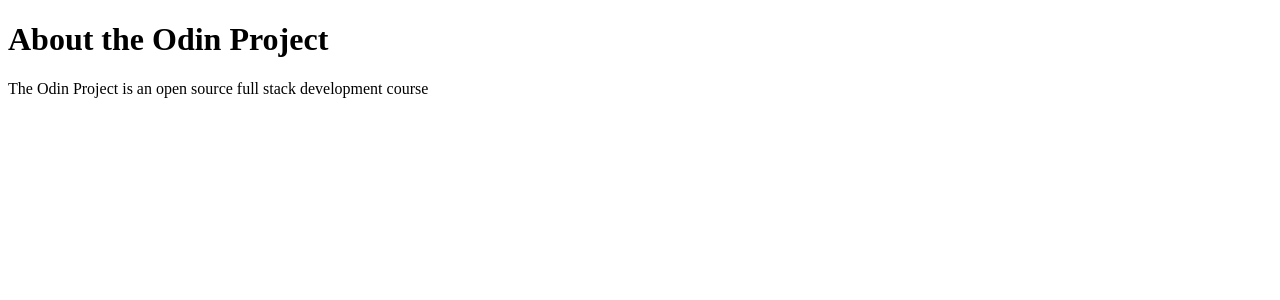
Repository: j0vesday/git_test
Page: root/odin-links-and-images/pages/about.html
The author's editor kept a copy of each file at every save. The page is drawn from the files as they stood at one save, then again after the next save.
The browser window is 1280 px wide. The pictures show the whole page.

Above is the page before, as saved 2024-09-27 04:35:19.

After the next save:
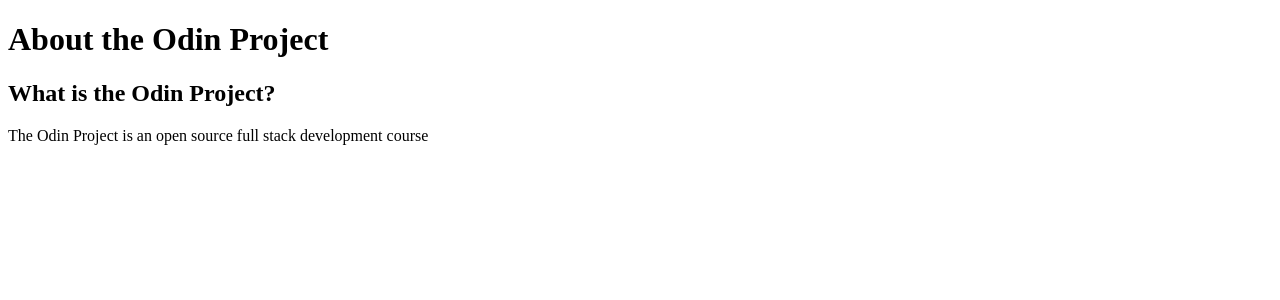
Saved 28 s later.
--- a/root/odin-links-and-images/pages/about.html
+++ b/root/odin-links-and-images/pages/about.html
@@ -8,6 +8,7 @@
     <h1> About the Odin Project</h1>
 </head>
 <body>
+  <h2>What is the Odin Project?</h2>
   <p>The Odin Project is an open source full stack development course</p>
 </body>
 </html>
